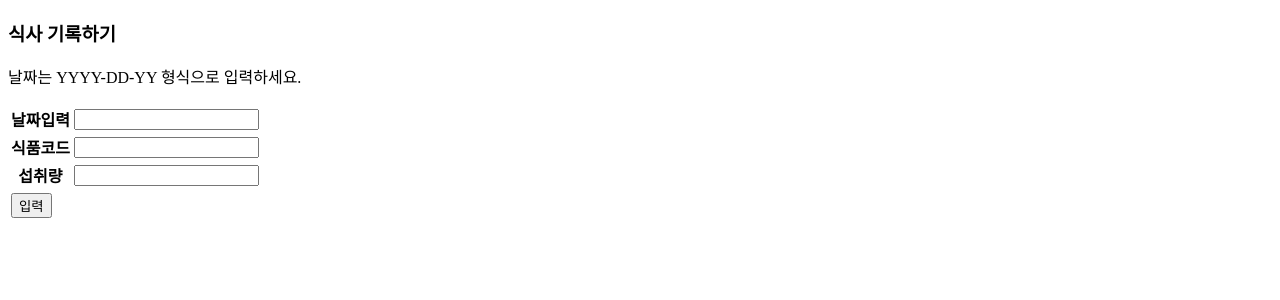
Repository: dkdud8140/OneDayProject_server
Page: http://localhost/Oneday_Server_food/food/insert
These files come from the project's save history. The page is drawn as it stood at one moment and after the next save; the edit follows.
The browser window is 1280 px wide. The pictures show the whole page.
The page is served by Tomcat 9. Other server files are loaded and not shown.

Above is the page before, as saved 2021-05-10 05:17:21.

### Oneday_Server_food/src/main/webapp/WEB-INF/view/insert.jsp
<%@ page language="java" contentType="text/html; charset=UTF-8"
    pageEncoding="UTF-8"%>
<!DOCTYPE html>
<html>
<head>
<meta charset="UTF-8">
<title>식사 기록하기</title>
</head>
<body>
	<h3>식사 기록하기</h3>
	<p>날짜는 YYYY-DD-YY 형식으로 입력하세요.
	<form action = "POST">
		<table>
			<tr><th>날짜입력</th><td><input name = "date"></td></tr>
			<tr><th>식품코드</th><td><input name = "code"></td></tr>
			<tr><th>섭취량</th><td><input name = "eat"></td></tr>
			<tr></tr><td><button>입력</button></td>
		</table>
	</form>

</body>
</html>

### Oneday_Server_food/src/main/java/com/com/food/controller/MainController.java
package com.com.food.controller;

import java.io.IOException;
import java.util.List;

import javax.servlet.RequestDispatcher;
import javax.servlet.ServletException;
import javax.servlet.annotation.WebServlet;
import javax.servlet.http.HttpServlet;
import javax.servlet.http.HttpServletRequest;
import javax.servlet.http.HttpServletResponse;

import com.com.food.model.MyFoodsVO;
import com.com.food.model.MyfoodsDTO;
import com.com.food.service.DBConnection;
import com.com.food.service.impl.FoodImplV1;

@WebServlet("/food/*")
public class MainController extends HttpServlet {

	private static final long serialVersionUID = 1L;

	public DBConnection dbConn;
	public FoodImplV1 fSer;

	public MainController() {
		dbConn = new DBConnection();
		fSer = new FoodImplV1();
	}

	@Override
	protected void doGet(HttpServletRequest req, HttpServletResponse resp) throws ServletException, IOException {

		resp.setContentType("text/html;charset=UTF-8");
		String subPath = req.getPathInfo();

		if (subPath.equals("/selectall")) {
			List<MyfoodsDTO> mfList = fSer.selectAll();

			req.setAttribute("MFLIST", mfList);
			RequestDispatcher rDis = req.getRequestDispatcher("/WEB-INF/view/selectall.jsp");
			rDis.forward(req, resp);
		} else if (subPath.equals("/insert")) {

			RequestDispatcher rDis = req.getRequestDispatcher("/WEB-INF/view/insert.jsp");
			rDis.forward(req, resp);

		}

	}

	@Override
	protected void doPost(HttpServletRequest req, HttpServletResponse resp) throws ServletException, IOException {

		resp.setContentType("text/html;cahrset=UTF-8");
		req.setCharacterEncoding("UTF-8");

		String mf_date = req.getParameter("date");
		String mf_code= req.getParameter("code");
		String strEat= req.getParameter("eat");

		Integer mf_eat = Integer.valueOf(strEat);

		MyFoodsVO mfVO = new MyFoodsVO(null, mf_date, mf_code, mf_eat);

		fSer.insert(mfVO);
	}

}

After the next save:
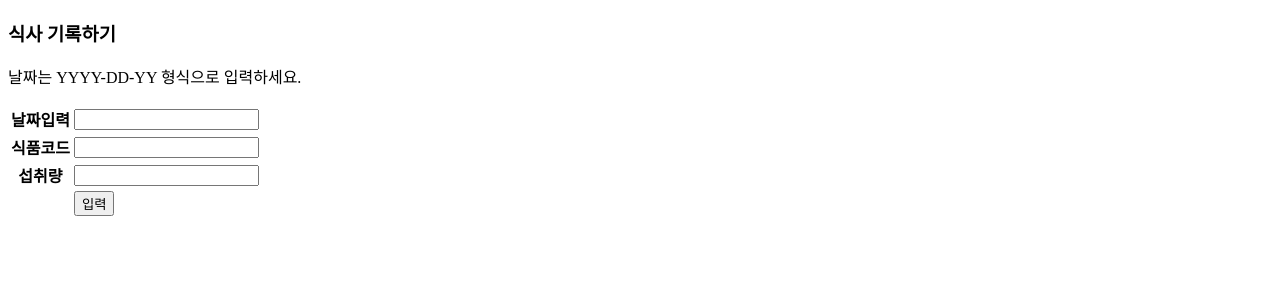
Saved 46 s later.
--- a/Oneday_Server_food/src/main/webapp/WEB-INF/view/insert.jsp
+++ b/Oneday_Server_food/src/main/webapp/WEB-INF/view/insert.jsp
@@ -14,7 +14,7 @@
 			<tr><th>날짜입력</th><td><input name = "date"></td></tr>
 			<tr><th>식품코드</th><td><input name = "code"></td></tr>
 			<tr><th>섭취량</th><td><input name = "eat"></td></tr>
-			<tr></tr><td><button>입력</button></td>
+			<tr><th></th><td><button>입력</button></td></tr>
 		</table>
 	</form>
 
